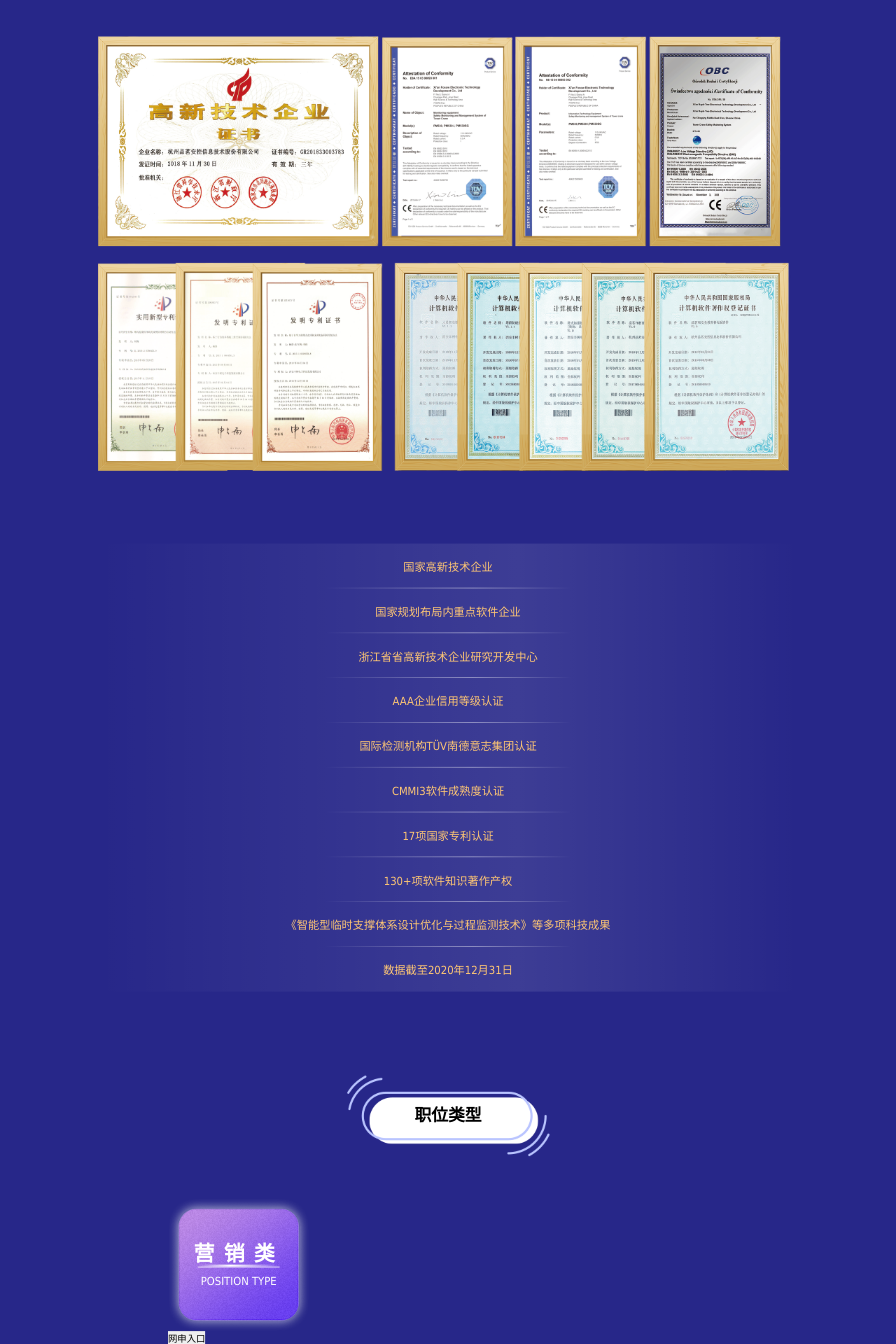
Repository: wxamlzm/campus-pm
Page: views/index.html
These files come from the project's save history. The page is drawn as it stood at one moment and after the next save; the edit follows.
The browser window is 1280 px wide. The pictures show the part of the page from y = 1992 to 3912 px (the page is 3912 px tall), at 70% of full size.

Above is the page before, as saved 2021-07-29 23:29:56.

### views/index.html
<!DOCTYPE html>
<html>
    <head>
        <meta charset="utf-8">
        <title>练习-品茗股份校招首页</title>
        <link rel="stylesheet" href="./css/cssReset.css">
        <link rel="stylesheet" href="./css/index.css">
    </head>
    <body>
        <!-- 页头部分 无需设计版心-->
        <header>
            <nav>
                <img src="./img/logo.png" alt="">
                <ul>
                    <li><a href="#">了解品茗</a></li>
                    <li><a href="#">校招职位</a></li>
                    <li><a href="#">校招流程</a></li>
                    <li><a href="#">快问快答</a></li>
                </ul>
            </nav>
            <div class="banner-title"><img src="./img//banner_title.png" alt=""></div>
            <div class="banner"><img src="./img/bg_banner.jpg" alt=""></div>
        </header>
        <main>
            <!-- 内容部分，需要设置版心 -->
            <div class="center">
                <!-- 了解品茗 -->
                <section class="pm-cometo">
                    <h1>了解品茗</h1>
                    <p>品茗股份，深耕工程建设信息化领域，是数字建造技术和产品提供商，国家高新技术企业和国家规划布局内重点软件企业，业务涵盖工程造价、施工软件、BIM软件、智慧工地、高等院校、行业监管、基础设施等。公司员工1000余人，研发和技术人员占比超50%，在杭州国家级软件产业研发基地及西安高新技术园区分别设有研发中心。</p>
                    <p>以科技提升建筑生产效率为目标，公司综合运用BIM、大数据、云计算、IoT、移动技术、VR/AR/MR、人工智能等新一代信息技术，结合行业积累和专业沉淀，为建筑行业提供专业的产品和解决方案，用数字化、智能化提高工程进度、质量安全、绿色施工和成本控制等方面的管理水平。参与了北京国家雪车雪橇中心、杭州萧山国际机场三期项目、2022年亚运会运动员村、深圳国际会展中心、北京大兴国际机场、卡塔尔世界杯主会场等大型项目建设，与中建股份、中国铁建、中国中铁、中国中冶、中国交建、中国水电、北京建工等各地建工集团，恒大、绿城、保利等单位保持良好合作关系。</p>
                    <p>公司持续打造“专业的品茗，技术的品茗”，拥有140多项具有核心技术的专利权及软件著作权，在BIM算法引擎技术、AI分析调度引擎、塔机安全辅助技术、数字建造中台体系关键核心技术上均取得突破，构建产品核心竞争力；取得《智能型临时支撑体系设计优化与过程监测技术》等多项科技成果；获得国际检测机构TÜV南德意志集团认证、CMMI3软件成熟度认证；主编、参编《施工升降机安全使用规程》、《智慧工地技术规程》、《塔式起重机防碰撞装置》等10多项国家、行业、地方和团体标准。</p>
                    <p>品茗股份坚持以科技赋能建筑业，持续推动建筑行业进步，在促进20多万亿体量的建筑产业升级过程中，努力成为推动建筑行业数字化转型升级的主力军！</p>
                </section>
                <!-- 品茗荣誉 -->
                <section class="pm-honor">
                    <h1>资质荣誉</h1>
                    <div>
                        <img src="./img/zz/img_zz_1.png" alt="">
                        <img src="./img/zz/img_zz_2.png" alt="">
                        <img src="./img/zz/img_zz_3.png" alt="">
                        <img src="./img/zz/img_zz_4.png" alt="">
                    </div>
                    <div class="clearfix">
                        <img src="./img/zz/img_zz_5.png" alt="">
                        <img src="./img/zz/img_zz_6.png" alt="">
                        <img src="./img/zz/img_zz_7.png" alt="">
                    </div>
                    <div class="clearfix">
                        <img src="./img/zz/img_zz_8.png" alt="">
                        <img src="./img/zz/img_zz_9.png" alt="">
                        <img src="./img/zz/img_zz_10.png" alt="">
                        <img src="./img/zz/img_zz_11.png" alt="">
                        <img src="./img/zz/img_zz_12.png" alt="">
                    </div>
                    <div>
                        <div>国家高新技术企业</div>
                        <div>国家规划布局内重点软件企业</div>
                        <div>浙江省省高新技术企业研究开发中心</div>
                        <div>AAA企业信用等级认证</div>
                        <div>国际检测机构TÜV南德意志集团认证</div>
                        <div>CMMI3软件成熟度认证</div>
                        <div>17项国家专利认证</div>
                        <div>130+项软件知识著作产权</div>
                        <div>《智能型临时支撑体系设计优化与过程监测技术》等多项科技成果</div>
                        <div>数据截至2020年12月31日</div>
                    </div>
                </section>
                <!-- 职位类型 -->
                <section class="pm-job">
                    <h1>职位类型</h1>
                    <div class="job-panel">
                        <div>
                            <div class="job-type-box">
                                <p>营销类</p>
                                <div>POSITION TYPE</div>
                            </div>
                        </div>
                        <div><button>网申入口</button></div>
                    </div>
                </section>
                <section class="pm-process"></section>
                <section class="pm-ask"></section>
            </div>
        </main>
    </body>
</html>

### views/css/cssReset.css
* {
    margin: 0;
    padding: 0;
}
ul, ol {
    list-style: none;
}
input,button {
    outline: none;
    border: none;
}
a {
    text-decoration: none;
}
.center {
    width: 1000px;
    margin: 0 auto;
}
.clearfix::after{
    content: "";
    display: block;
    clear:both;
}
html {
    font-family:Tahoma,Arial,"Helvetica Neue","Hiragino Sans GB",Simsun,sans-self;
    font-size: 16px;
  }

### views/css/index.css
/* header部分 */
header {
    position: relative;
}
header nav {
    position: absolute;
    width: 100%;
}
header nav img{
    display: block;
    float: left;
    margin-top: 18px;
}
header nav ul {
    float: right;
}
header nav ul li {
    float: left;
    width: 150px;
}
header nav ul li img {
    display: block;
    margin-top: 20px;
}
header nav ul li a {
    color: #FFF;
    height: 80px;
    line-height: 80px;
}
header .banner > img {
    display: block;
    width: 100%;
}
header .banner-title {
    position: absolute;
    top: 80px;
    left: 120px;
}
header .banner-title > img {
    display: block;
}
/* learn 品茗 */
main  {
    background-color: #272789;
}
main .pm-cometo {
    background-image: url(../img/bg_learn.png);
    background-repeat: no-repeat;
    background-size: contain;
    overflow: hidden;
}
main section h1{
    width: 289px;
    line-height: 115px;
    background-image: url(../img/icon/bg_title.png);

    text-align: center;
    margin:120px  auto 60px;
}
main .pm-cometo p {
    color: #FFF;
    text-indent: 2em;
    line-height: 2em;
    margin: 2em 0;
}
/* 资质荣誉部分 */
main .pm-honor > div:nth-child(2) {
    margin-bottom: 20px;
}
main .pm-honor > div:nth-child(3) {
    /* background-color: #000; */
    float: left;
}
main .pm-honor > div:nth-child(3) img:not(:first-child){
    margin-left: -14%;
}
main .pm-honor > div:nth-child(4) img{
    float: left;
    margin-left: -12%;
}
main .pm-honor > div:nth-child(4) img:first-child {
    margin-left: -14%;
}
main .pm-honor > div:last-child {
    text-align: center;
    color: #ffc774;
    overflow: hidden;
    margin-top: 100px;
    background-image: linear-gradient(to right, rgba(255, 255, 255, 0) 0%, rgba(255, 255, 255, 0.1) 60%, rgba(255, 255, 255, 0) 100%);
}
main .pm-honor > div:last-child > div {
    padding: 20px 0;
    position:relative;
}
main .pm-honor > div:last-child > div:not(:last-child)::before {
    position: absolute;
    left: 50%;
    bottom: 0;
    transform: translateX(-50%);
    content: "";
    clear: both;
    display: block;
    width: 352px;
    height: 1px;
    background-image: linear-gradient(to right, rgba(255, 255, 255, 0) 0%, rgba(255, 255, 255, 0.6) 60%, rgba(255, 255, 255, 0) 100%);
}
/* 职位类型 */
main .pm-job .job-box > div:first-child {
    background-image: linear-gradient(to right, rgba(255, 255, 255, 0) 0%, rgba(255, 255, 255, 0.1) 60%, rgba(255, 255, 255, 0) 100%);
}
main .job-panel > div {
    width: 80%;
    margin: 0 auto;
    display: flex;
}
main .job-type-box {
    color: #FFF;
    width: 202px;
    height: 190px;
    border-radius: 10px;
    background-image: url(../img/bg_styleItem.png);
    background-repeat: no-repeat;
    background-size: contain;
    text-align: center;
    overflow: hidden;
}
main .job-type-box > p {
    position: relative;
    padding: 0;
    font-size: 30px;
    font-weight: bold;
    letter-spacing: 13px;
    margin-top: 55px;
    margin-bottom: 10px;
}
main .job-type-box > p::after {
    position: absolute;
    bottom: 0;
    left: 50%;
    transform: translateX(-50%);
    content: '';
    display: block;
    width: 117px;
    height: 3px;
    background-image: linear-gradient(to right, rgba(255, 255, 255, 0) 0%, #FFF 40%, rgba(255, 255, 255, 0) 100%);
    border-bottom: 1px solid #FFF;
}

After the next save:
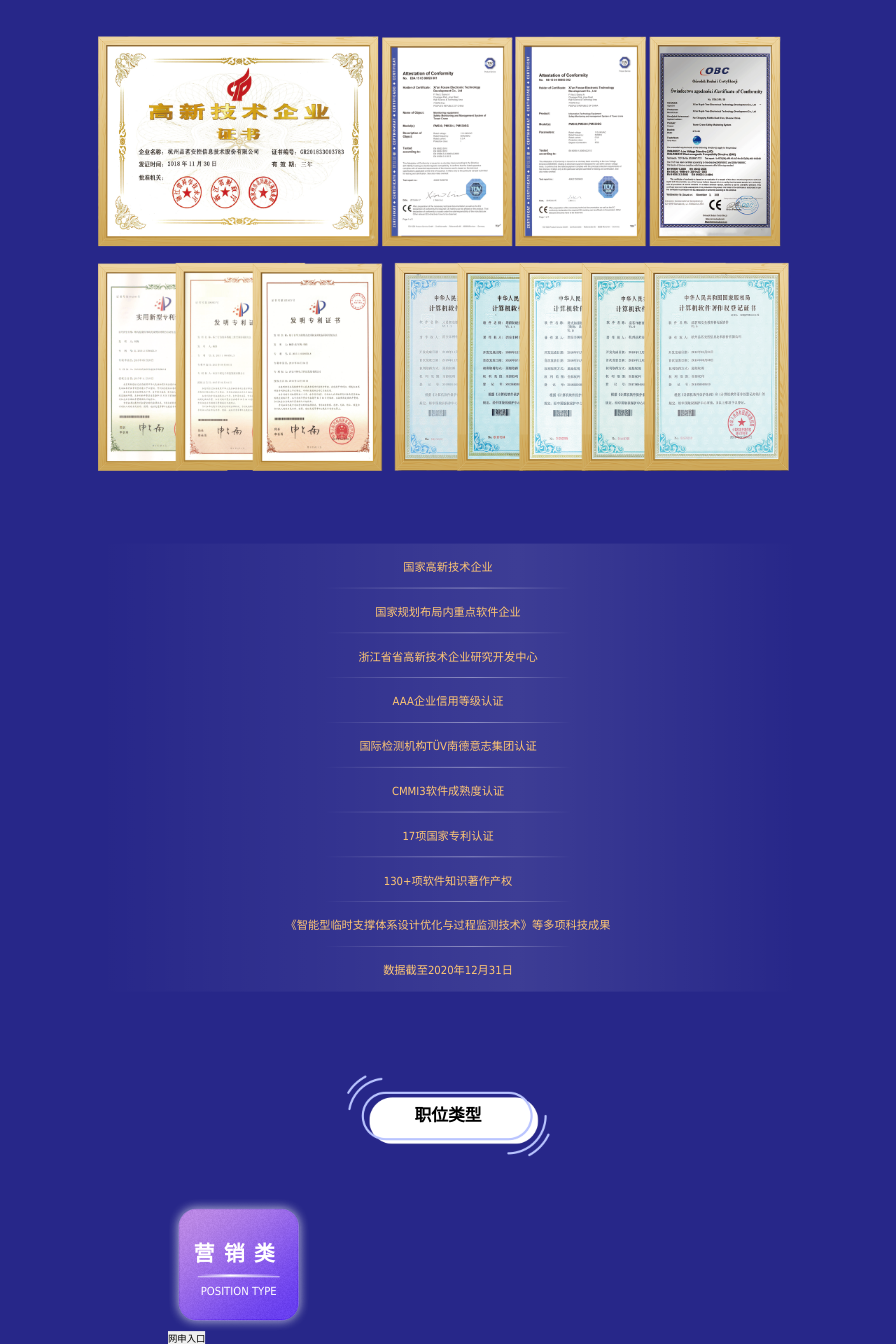
Saved 45 s later.
--- a/views/css/index.css
+++ b/views/css/index.css
@@ -132,6 +132,7 @@
     letter-spacing: 13px;
     margin-top: 55px;
     margin-bottom: 10px;
+    padding-bottom: 14px;
 }
 main .job-type-box > p::after {
     position: absolute;
